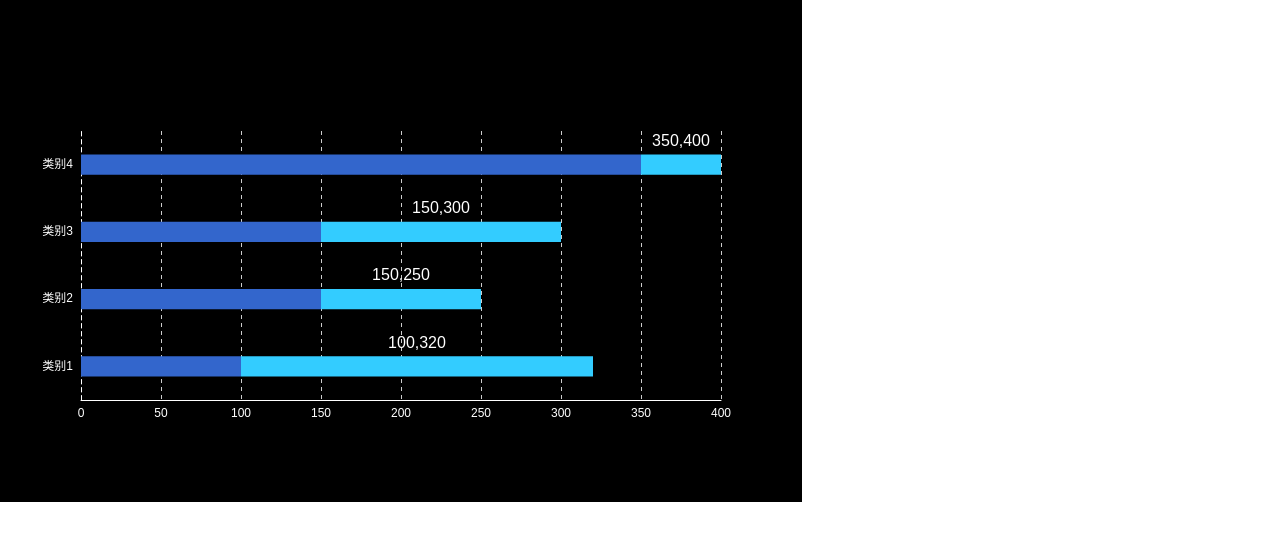
Repository: 572031690/echartproj
Page: /#/test
The author's editor kept a copy of each file at every save. The page is drawn from the files as they stood at one save, then again after the next save.
The browser window is 1280 px wide. The pictures show the whole page.
The project was rebuilt for these pictures with package versions that can differ from the ones it lists, and the page was loaded fresh each time. Also part of the build but not shown: vue.config.js, src/components/Seller.vue, src/views/SellerPage.vue, src/utils/theme_utils.js, src/components/Trend.vue, src/views/TrendPage.vue, src/utils/map_utils.js, src/components/Map.vue and 9 more.

Above is the page before, as saved 2021-08-05 10:24:23.

### public/index.html
<!DOCTYPE html>
<html lang="en">
  <head>
    <meta charset="utf-8">
    <meta http-equiv="X-UA-Compatible" content="IE=edge">
    <meta name="viewport" content="width=device-width,initial-scale=1.0">
    <link rel="icon" href="<%= BASE_URL %>favicon.ico">
    <title><%= htmlWebpackPlugin.options.title %></title>
  </head>
  <body>
    <noscript>
      <strong>We're sorry but <%= htmlWebpackPlugin.options.title %> doesn't work properly without JavaScript enabled. Please enable it to continue.</strong>
    </noscript>
    <div id="app"></div>
    <!-- built files will be auto injected -->
    <!-- 一旦通过script标签引入的echarts.js的文件之后呢, window.echarts -->
    <script src="static/lib/echarts.min.js"></script>
    <!-- 引入主题的js文件 -->
    <script src="static/theme/chalk.js"></script>
    <script src="static/theme/vintage.js"></script>
  </body>
</html>

### src/main.js
import Vue from 'vue'
import App from './App.vue'
import router from './router'
import store from './store'
// 引入字体的文件
import './assets/font/iconfont.css'
// 引入全局的样式文件
import './assets/css/global.less'
import axios from 'axios'
import SocketService from './utils/socket_service'

// 调用socket **********
// import SocketService from '@/utils/socket_service'
// 对服务端进行webSocket连接 *********
// SocketService.Instance.connect()
// Vue.prototype.$socket = SocketService.Instance

// 请求基准路径的配置
axios.defaults.baseURL = 'http://127.0.0.1:8888/api/'
// 将axios挂载到Vue的原型对象上
// 在别的组件中 this.$http
Vue.prototype.$http = axios

// 将全局的echarts对象挂载到Vue的原型对象上
// 别的组件中 this.$echarts
Vue.prototype.$echarts = window.echarts

Vue.config.productionTip = false

new Vue({
  router,
  store,
  render: h => h(App)
}).$mount('#app')

### src/App.vue
<template>
  <div id="app">
    <!-- 路由占位符 -->
    <router-view></router-view>
  </div>
</template>

<style lang="less">

</style>

### src/router/index.js
import Vue from 'vue'
import VueRouter from 'vue-router'
import SellerPage from '@/views/SellerPage'
import TrendPage from '@/views/TrendPage'
import MapPage from '@/views/MapPage'
import RankPage from '@/views/RankPage'
import HotPage from '@/views/HotPage'
import StockPage from '@/views/StockPage'
import Test from '../components/Test.vue'
import ScreenPage from '@/views/ScreenPage'

Vue.use(VueRouter)

const routes = [
  {
    path: '/',
    redirect: '/screen'
  },
  {
    path: '/screen',
    component: ScreenPage
  },
  {
    path: '/sellerpage',
    component: SellerPage
  },
  {
    path: '/trendpage',
    component: TrendPage
  },
  {
    path: '/mappage',
    component: MapPage
  },
  {
    path: '/rankpage',
    component: RankPage
  },
  {
    path: '/hotpage',
    component: HotPage
  },
  {
    path: '/stockpage',
    component: StockPage
  },
  {
    path: '/test',
    component: Test
  }

]

const router = new VueRouter({
  routes
})

export default router

### src/store/index.js
import Vue from 'vue'
import Vuex from 'vuex'

Vue.use(Vuex)

export default new Vuex.Store({
  state: {
    theme: 'chalk'
  },
  mutations: {
    changeTheme (state) {
      if(state.theme === 'chalk'){
        state.theme = 'vintage'
      }else{
        state.theme = 'chalk'
      }
    }
  },
  actions: {
  },
  modules: {
  }
})

### src/assets/css/global.less
html, body, #app {
  width: 100%;
  height: 100%;
  padding: 0;
  margin: 0;
  overflow: hidden;
}

.com-page {
  width: 100%;
  height: 100%;
  overflow: hidden;
}

.com-container {
  width: 100%;
  height: 100%;
  overflow: hidden;
  position: relative;
}

.com-chart {
  width: 100%;
  height: 100%;
  overflow: hidden;
}

canvas {
  border-radius: 20px;
}

/*无法选中图片文字方法*/
span,div,img{
  user-select:none;
}

### src/utils/socket_service.js
export default class SocketService {
    // 单例的设计模式
    //如果别人通过get Instance 来的到我的实例对象 那我只会给他返回同一个实例对象
    static instance = null
    static get Instance() {
        if (!this.instance) {
            this.instance = new SocketService()
        }
        return this.instance
    }

    //和服务端连接的socket对象
    ws = null
    //存储回调函数
    callBackMapping = {}
    //定义连接服务器的方法
    connect() {
        //连接服务器
        if (!window.WebSocket) {
            return console.log('你的浏览器不支持WebSocket');
        }
        this.ws = new WebSocket('ws://localhost:9998')

        //连接服务端成功
        this.ws.onopen = () => {
            console.log('连接服务端成功');
        }
        //连接服务端失败
        this.ws.onclose = () => {
            console.log('连接服务端失败');
        }
        //得到服务端发送过来的数据
        this.ws.onmessage = msg => {
            console.log('从服务端获取数据');
            //得到的数据在msg的data里面
            // console.log(msg.data);
            const recvData = JSON.parse(msg.data)
            const socketType = recvData.socketType
            //判断回调函数是否存在
            if(this.callBackMapping[socketType]){
                const action = recvData.action
                if(action === 'getData') {
                    const realData = JSON.parse(recvData.data)
                    this.callBackMapping[socketType]
                }else if( action === 'fullScreen') {

                }else if(action === 'themeChange') {

                }
            }
        }
    }
    //回调函数的注册
    registerCallBack(socketType, callBack) {
        this.callBackMapping[socketType] = callBack
    }
    //取消某一个回调函数
    unRegisterCallBack(socketType) {
        this.callBackMapping[socketType] = null
    }

}

### src/components/Test.vue
<template>
  <div class="line-chart" ref="mybar">
    123
  </div>
</template>

<script>
export default {
  mounted() {
    this.getData();
    this.initChart();
  },
  data() {
    return {
      chartInstance: null,
      seriesData: [
        [100, 320],
        [150, 250],
        [150, 300],
        [350, 400]
      ],
      barChart: {
        xAxisData: ["类别1", "类别2", "类别3", "类别4"],
        dataList: []
      }
    };
  },
  methods: {
    initChart() {
      const chartInstance = this.$echarts.init(this.$refs.mybar);
      const option = {
        grid: [
          {
            top: 130,
            bottom: 101
          }
        ],
        yAxis: [
          {
            type: "category",
            data: this.barChart.xAxisData,
            // gridIndex: 0, // x 轴所在的 grid 的索引，默认位于第一个 grid。
            axisLabel: {
              color: "#fff" // 刻度标签文字的颜色
            },
            axisLine: {
              // 设置轴线
              lineStyle: {
                color: "#fff",
                type: "dashed"
              }
            },
            axisTick: {
              show: false // 是否显示坐标轴刻度。
            }
          }
        ],
        xAxis: [
          {
            interval: 50, // 强制设置坐标轴刻度间隔值

            type: "value",
            // gridIndex: 0,
            axisLabel: {
              // 刻度标签文字的颜色
              color: "#fff"
            },
            splitLine: {
              // x轴竖线
              lineStyle: {
                // color: "rgba(255, 255, 255, 45)"
                type: "dashed"
              }
            },
            axisLine: {
              // 设置轴线
              show: true,
              // 设置轴线
              lineStyle: {
                color: "#fff"
              }
            },
            axisTick: {
              show: false // 是否显示坐标轴刻度。
            }
          }
        ],
        series: [
          {
            stack: "类1",
            barWidth: "30%", // 宽度
            itemStyle: {
              color: "#3366cc"
            },
            data: this.barChart.dataList[0],
            type: "bar"
          },
          {
            label: {
              show: true,
              position: "top",
              textStyle: {
                color: "#fff",
                fontSize: 16
              },
              formatter: arg => {
                console.log(arg);
                return this.seriesData[arg.dataIndex];
              }
            },
            stack: "类1",
            xAxisIndex: 0,
            barWidth: "30%", // 宽度
            itemStyle: {
              color: "#33ccff"
            },
            data: this.barChart.dataList[1],
            type: "bar"
          }
        ]
      };
      chartInstance.setOption(option);
    },
    getData() {
      this.barChart.dataList[0] = this.seriesData.map(item => {
        return item[0];
      });
      this.barChart.dataList[1] = this.seriesData.map(item => {
        return item[1] - item[0];
      });
      console.log(this.barChart.dataList);
    }
  }
};
</script>

<style>
.line-chart {
  width: 800px;
  height: 500px;
  border: 1px solid black;
  background: #000;
}
</style>

### public/static/theme/vintage.js
(function (root, factory) {
    if (typeof define === 'function' && define.amd) {
        // AMD. Register as an anonymous module.
        define(['exports', 'echarts'], factory);
    } else if (typeof exports === 'object' && typeof exports.nodeName !== 'string') {
        // CommonJS
        factory(exports, require('echarts'));
    } else {
        // Browser globals
        factory({}, root.echarts);
    }
}(this, function (exports, echarts) {
    var log = function (msg) {
        if (typeof console !== 'undefined') {
            console && console.error && console.error(msg);
        }
    };
    if (!echarts) {
        log('ECharts is not Loaded');
        return;
    }
    echarts.registerTheme('vintage', {
        "color": [
            '#0ba82c',
            '#2c6eff',
            '#16f2d9',
            '#fe211e',
            '#fa6900',
            "#eedd78",
            "#73a373",
            "#73b9bc",
            "#7289ab",
            "#91ca8c",
            "#f49f42"
        ],
        "backgroundColor": "#ffffff",
        "textStyle": {},
        "title": {
            "textStyle": {
                "color": "#333333"
            },
            "subtextStyle": {
                "color": "#aaa"
            }
        },
        "line": {
            "itemStyle": {
                "normal": {
                    "borderWidth": "4"
                }
            },
            "lineStyle": {
                "normal": {
                    "width": "3"
                }
            },
            "symbolSize": "0",
            "symbol": "circle",
            "smooth": true
        },
        "radar": {
            "itemStyle": {
                "normal": {
                    "borderWidth": 1
                }
            },
            "lineStyle": {
                "normal": {
                    "width": 2
                }
            },
            "symbolSize": 4,
            "symbol": "emptyCircle",
            "smooth": false
        },
        "bar": {
            "itemStyle": {
                "normal": {
                    "barBorderWidth": 0,
                    "barBorderColor": "#ccc"
                },
                "emphasis": {
                    "barBorderWidth": 0,
                    "barBorderColor": "#ccc"
                }
            }
        },
        "pie": {
            "itemStyle": {
                "normal": {
                    "borderWidth": 0,
                    "borderColor": "#ccc"
                },
                "emphasis": {
                    "borderWidth": 0,
                    "borderColor": "#ccc"
                }
            }
        },
        "scatter": {
            "itemStyle": {
                "normal": {
                    "borderWidth": 0,
                    "borderColor": "#ccc"
                },
                "emphasis": {
                    "borderWidth": 0,
                    "borderColor": "#ccc"
                }
            }
        },
        "boxplot": {
            "itemStyle": {
                "normal": {
                    "borderWidth": 0,
                    "borderColor": "#ccc"
                },
                "emphasis": {
                    "borderWidth": 0,
                    "borderColor": "#ccc"
                }
            }
        },
        "parallel": {
            "itemStyle": {
                "normal": {
                    "borderWidth": 0,
                    "borderColor": "#ccc"
                },
                "emphasis": {
                    "borderWidth": 0,
                    "borderColor": "#ccc"
                }
            }
        },
        "sankey": {
            "itemStyle": {
                "normal": {
                    "borderWidth": 0,
                    "borderColor": "#ccc"
                },
                "emphasis": {
                    "borderWidth": 0,
                    "borderColor": "#ccc"
                }
            }
        },
        "funnel": {
            "itemStyle": {
                "normal": {
                    "borderWidth": 0,
                    "borderColor": "#ccc"
                },
                "emphasis": {
                    "borderWidth": 0,
                    "borderColor": "#ccc"
                }
            }
        },
        "gauge": {
            "itemStyle": {
                "normal": {
                    "borderWidth": 0,
                    "borderColor": "#ccc"
                },
                "emphasis": {
                    "borderWidth": 0,
                    "borderColor": "#ccc"
                }
            }
        },
        "candlestick": {
            "itemStyle": {
                "normal": {
                    "color": "#c23531",
                    "color0": "#314656",
                    "borderColor": "#c23531",
                    "borderColor0": "#314656",
                    "borderWidth": 1
                }
            }
        },
        "graph": {
            "itemStyle": {
                "normal": {
                    "borderWidth": 0,
                    "borderColor": "#ccc"
                }
            },
            "lineStyle": {
                "normal": {
                    "width": 1,
                    "color": "#aaa"
                }
            },
            "symbolSize": 4,
            "symbol": "emptyCircle",
            "smooth": false,
            "color": [
                "#d87c7c",
                "#919e8b",
                "#d7ab82",
                "#6e7074",
                "#61a0a8",
                "#efa18d",
                "#787464",
                "#cc7e63",
                "#724e58",
                "#4b565b"
            ],
            "label": {
                "normal": {
                    "textStyle": {
                        "color": "#eee"
                    }
                }
            }
        },
        "map": {
            "itemStyle": {
                "normal": {
                    "areaColor": "#eeeeee",
                    "borderColor": "#444444",
                    "borderWidth": 0.5
                },
                "emphasis": {
                    "areaColor": "rgba(255,215,0,0.8)",
                    "borderColor": "#444444",
                    "borderWidth": 1
                }
            },
            "label": {
                "normal": {
                    "textStyle": {
                        "color": "#000000"
                    }
                },
                "emphasis": {
                    "textStyle": {
                        "color": "rgb(100,0,0)"
                    }
                }
            }
        },
        "geo": {
            "itemStyle": {
                "normal": {
                    "areaColor": "#eeeeee",
                    "borderColor": "#444444",
                    "borderWidth": 0.5
                },
                "emphasis": {
                    "areaColor": "rgba(255,215,0,0.8)",
                    "borderColor": "#444444",
                    "borderWidth": 1
                }
            },
            "label": {
                "normal": {
                    "textStyle": {
                        "color": "#000000"
                    }
                },
                "emphasis": {
                    "textStyle": {
                        "color": "rgb(100,0,0)"
                    }
                }
            }
        },
        "categoryAxis": {
            "axisLine": {
                "show": true,
                "lineStyle": {
                    "color": "#333"
                }
            },
            "axisTick": {
                "show": true,
                "lineStyle": {
                    "color": "#333"
                }
            },
            "axisLabel": {
                "show": true,
                "textStyle": {
                    "color": "#999"
                }
            },
            "splitLine": {
                "show": false,
                "lineStyle": {
                    "color": [
                        "#ccc"
                    ]
                }
            },
            "splitArea": {
                "show": false,
                "areaStyle": {
                    "color": [
                        "rgba(250,250,250,0.3)",
                        "rgba(200,200,200,0.3)"
                    ]
                }
            }
        },
        "valueAxis": {
            "axisLine": {
                "show": true,
                "lineStyle": {
                    "color": "#666666"
                }
            },
            "axisTick": {
                "show": false,
                "lineStyle": {
                    "color": "#333"
                }
            },
            "axisLabel": {
                "show": true,
                "textStyle": {
                    "color": "#aaaaaa"
                }
            },
            "splitLine": {
                "show": false,
                "lineStyle": {
                    "color": [
                        "#e6e6e6"
                    ]
                }
            },
            "splitArea": {
                "show": false,
                "areaStyle": {
                    "color": [
                        "rgba(250,250,250,0.05)",
                        "rgba(200,200,200,0.02)"
                    ]
                }
            }
        },
        "logAxis": {
            "axisLine": {
                "show": true,
                "lineStyle": {
                    "color": "#333"
                }
            },
            "axisTick": {
                "show": true,
                "lineStyle": {
                    "color": "#333"
                }
            },
            "axisLabel": {
                "show": true,
                "textStyle": {
                    "color": "#333"
                }
            },
            "splitLine": {
                "show": true,
                "lineStyle": {
                    "color": [
                        "#ccc"
                    ]
                }
            },
            "splitArea": {
                "show": false,
                "areaStyle": {
                    "color": [
                        "rgba(250,250,250,0.3)",
                        "rgba(200,200,200,0.3)"
                    ]
                }
            }
        },
        "timeAxis": {
            "axisLine": {
                "show": true,
                "lineStyle": {
                    "color": "#333"
                }
            },
            "axisTick": {
                "show": true,
                "lineStyle": {
                    "color": "#333"
                }
            },
            "axisLabel": {
                "show": true,
                "textStyle": {
                    "color": "#333"
                }
            },
            "splitLine": {
                "show": true,
                "lineStyle": {
                    "color": [
                        "#ccc"
                    ]
                }
            },
            "splitArea": {
                "show": false,
                "areaStyle": {
                    "color": [
                        "rgba(250,250,250,0.3)",
                        "rgba(200,200,200,0.3)"
                    ]
                }
            }
        },
        "toolbox": {
            "iconStyle": {
                "normal": {
                    "borderColor": "#999999"
                },
                "emphasis": {
                    "borderColor": "#666666"
                }
            }
        },
        "legend": {
            "textStyle": {
                "color": "#333333"
            }
        },
        "tooltip": {
            "axisPointer": {
                "lineStyle": {
                    "color": "#cccccc",
                    "width": 1
                },
                "crossStyle": {
                    "color": "#cccccc",
                    "width": 1
                }
            }
        },
        "timeline": {
            "lineStyle": {
                "color": "#293c55",
                "width": 1
            },
            "itemStyle": {
                "normal": {
                    "color": "#293c55",
                    "borderWidth": 1
                },
                "emphasis": {
                    "color": "#a9334c"
                }
            },
            "controlStyle": {
                "normal": {
                    "color": "#293c55",
                    "borderColor": "#293c55",
                    "borderWidth": 0.5
                },
                "emphasis": {
                    "color": "#293c55",
                    "borderColor": "#293c55",
                    "borderWidth": 0.5
                }
            },
            "checkpointStyle": {
                "color": "#e43c59",
                "borderColor": "rgba(194,53,49,0.5)"
            },
            "label": {
                "normal": {
                    "textStyle": {
                        "color": "#293c55"
                    }
                },
                "emphasis": {
                    "textStyle": {
                        "color": "#293c55"
                    }
                }
            }
        },
        "visualMap": {
            "color": [
                "#bf444c",
                "#d88273",
                "#f6efa6"
            ]
        },
        "dataZoom": {
            "backgroundColor": "rgba(47,69,84,0)",
            "dataBackgroundColor": "rgba(47,69,84,0.3)",
            "fillerColor": "rgba(167,183,204,0.4)",
            "handleColor": "#a7b7cc",
            "handleSize": "100%",
            "textStyle": {
                "color": "#333333"
            }
        },
        "markPoint": {
            "label": {
                "normal": {
                    "textStyle": {
                        "color": "#eee"
                    }
                },
                "emphasis": {
                    "textStyle": {
                        "color": "#eee"
                    }
                }
            }
        }
    });
}));

Loaded but not shown: src/assets/font/iconfont.css (common file); public/static/lib/echarts.min.js (library); public/static/theme/chalk.js (521 lines, source omitted)

After the next save:
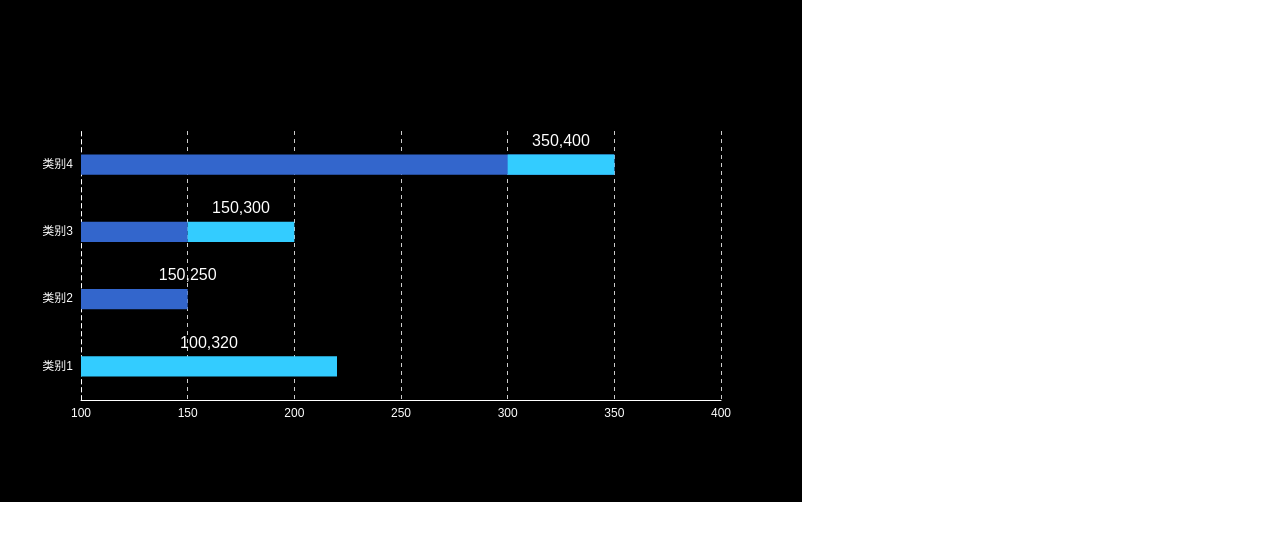
Saved 77 s later.
--- a/src/components/Test.vue
+++ b/src/components/Test.vue
@@ -58,7 +58,7 @@
         xAxis: [
           {
             interval: 50, // 强制设置坐标轴刻度间隔值
-
+            scale: true,
             type: "value",
             // gridIndex: 0,
             axisLabel: {

After the save that followed:
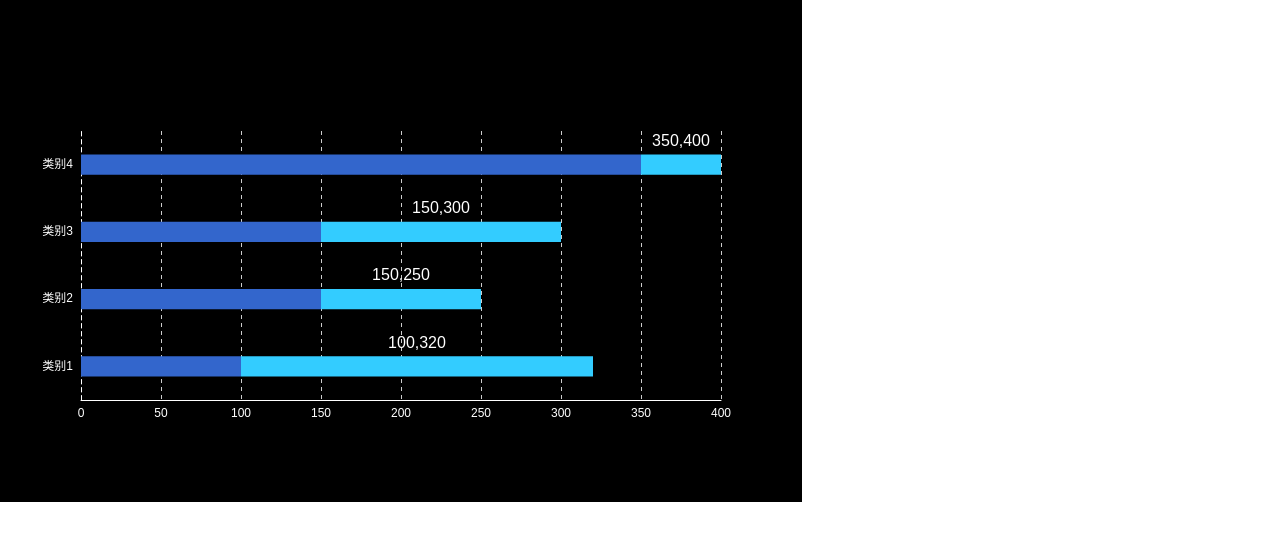
Saved 27 s later.
--- a/src/components/Test.vue
+++ b/src/components/Test.vue
@@ -58,7 +58,7 @@
         xAxis: [
           {
             interval: 50, // 强制设置坐标轴刻度间隔值
-            scale: true,
+            // scale: true,
             type: "value",
             // gridIndex: 0,
             axisLabel: {
